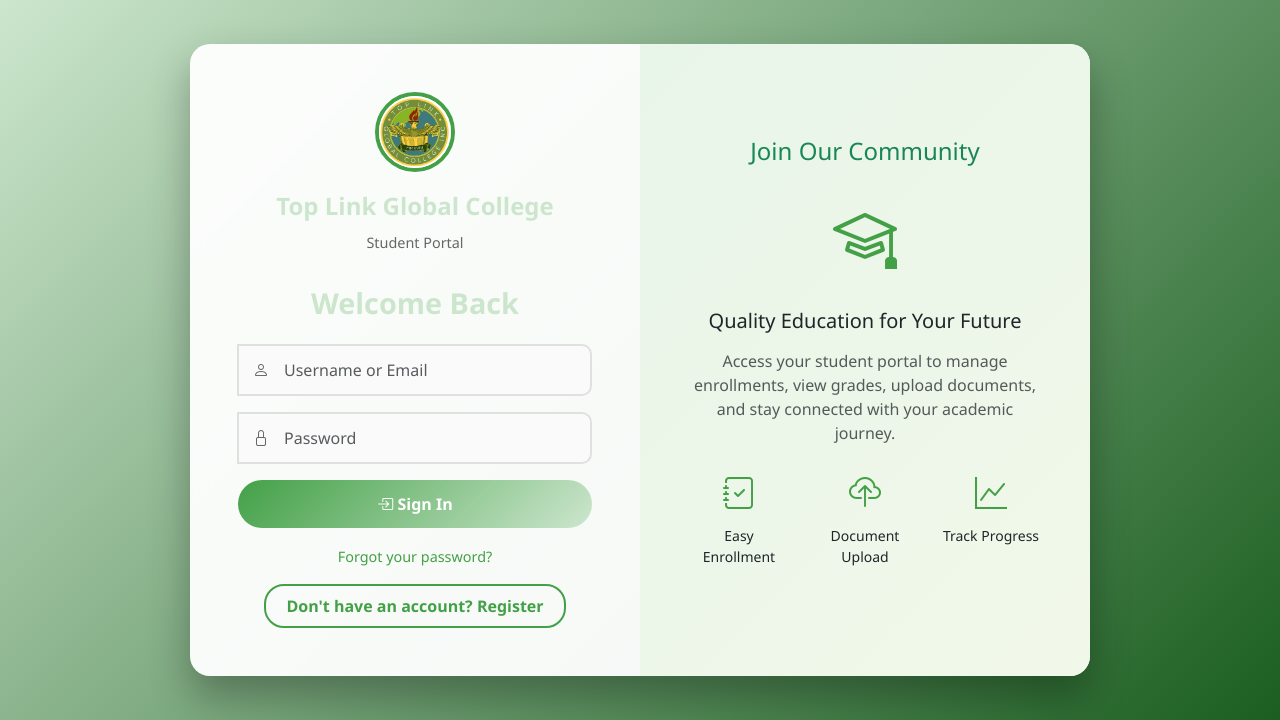
Repository: partymaker01/IT2C_Enrollment_System_SourceCode
Page: http://localhost/IT2C_Enrollment_System_SourceCode/logregfor/login.php
These files come from the project's save history. The page is drawn as it stood at one moment and after the next save; the edit follows.
The browser window is 1280 px wide. The pictures show the whole page.
The page is run by PHP 8.4 with error messages shown; the project is at /var/www/html/.

Above is the page before, as saved 2025-06-08 22:56:44.

### logregfor/login.php
<?php
session_start();

// Redirect if already logged in
if (isset($_SESSION['student_id'])) {
    header("Location: ../student/student-dashboard.php");
    exit;
}

require_once '../db.php';

$message = '';
$messageType = '';

// Handle Registration
if ($_SERVER['REQUEST_METHOD'] === 'POST' && ($_POST['form_action'] ?? '') === 'register') {
    $username = trim($_POST['username'] ?? '');
    $firstName = trim($_POST['first_name'] ?? '');
    $middleName = trim($_POST['middle_name'] ?? '');
    $lastName = trim($_POST['last_name'] ?? '');
    $email = trim($_POST['email'] ?? '');
    $password = $_POST['password'] ?? '';
    $confirmPassword = $_POST['confirm_password'] ?? '';

    $errors = [];

    // Validation
    if (empty($username)) $errors[] = "Username is required.";
    if (empty($firstName)) $errors[] = "First name is required.";
    if (empty($lastName)) $errors[] = "Last name is required.";
    if (empty($email) || !filter_var($email, FILTER_VALIDATE_EMAIL)) $errors[] = "Valid email is required.";
    if (empty($password)) $errors[] = "Password is required.";
    if (strlen($password) < 6) $errors[] = "Password must be at least 6 characters long.";
    if ($password !== $confirmPassword) $errors[] = "Passwords do not match.";

    // Check if username or email already exists
    if (empty($errors)) {
        $stmt = $pdo->prepare("SELECT student_id FROM students WHERE username = ? OR email = ?");
        $stmt->execute([$username, $email]);
        if ($stmt->fetch()) {
            $errors[] = "Username or email already exists.";
        }
    }

    if (empty($errors)) {
        try {
            $hashedPassword = password_hash($password, PASSWORD_DEFAULT);
            $stmt = $pdo->prepare("INSERT INTO students (username, first_name, middle_name, last_name, email, password) VALUES (?, ?, ?, ?, ?, ?)");
            $stmt->execute([$username, $firstName, $middleName, $lastName, $email, $hashedPassword]);

            $message = "Registration successful! You can now log in.";
            $messageType = "success";
        } catch (PDOException $e) {
            $errors[] = "Registration failed. Please try again.";
        }
    }

    if (!empty($errors)) {
        $message = implode('<br>', $errors);
        $messageType = "danger";
    }
}

// Handle Login
if ($_SERVER['REQUEST_METHOD'] === 'POST' && ($_POST['form_action'] ?? '') === 'login') {
    $username = trim($_POST['username'] ?? '');
    $password = $_POST['password'] ?? '';

    if (empty($username) || empty($password)) {
        $message = "Please enter both username and password.";
        $messageType = "warning";
    } else {
        try {
            $stmt = $pdo->prepare("SELECT student_id, password, first_name FROM students WHERE username = ? OR email = ?");
            $stmt->execute([$username, $username]);
            $user = $stmt->fetch();

            if ($user && password_verify($password, $user['password'])) {
                $_SESSION['student_id'] = $user['student_id'];
                $_SESSION['student_name'] = $user['first_name'];
                $_SESSION['login_time'] = time();

                header("Location: ../student/student-dashboard.php");
                exit;
            } else {
                $message = "Invalid username/email or password.";
                $messageType = "danger";
            }
        } catch (PDOException $e) {
            $message = "Login failed. Please try again.";
            $messageType = "danger";
        }
    }
}
?>

<!DOCTYPE html>
<html lang="en">
<head>
    <meta charset="UTF-8">
    <meta name="viewport" content="width=device-width, initial-scale=1">
    <title>Student Portal - Top Link Global College</title>
    <link href="https://cdn.jsdelivr.net/npm/bootstrap@5.3.2/dist/css/bootstrap.min.css" rel="stylesheet">
    <link href="https://cdn.jsdelivr.net/npm/bootstrap-icons@1.11.0/font/bootstrap-icons.css" rel="stylesheet">
    <link rel="icon" href="../picture/tlgc_pic.jpg" type="image/x-icon">
    <style>
        :root {
            --primary-green:rgb(204, 230, 205);
            --light-green: #e8f5e9;
            --accent-green: #43a047;
            --hover-green: #c8e6c9;
            --dark-green: #1b5e20;
        }

        body {
            background: linear-gradient(135deg, var(--primary-green) 0%, var(--dark-green) 100%);
            min-height: 100vh;
            font-family: 'Segoe UI', Tahoma, Geneva, Verdana, sans-serif;
            display: flex;
            align-items: center;
            justify-content: center;
        }

        .login-container {
            background: rgba(255, 255, 255, 0.95);
            backdrop-filter: blur(10px);
            border-radius: 20px;
            box-shadow: 0 20px 40px rgba(0, 0, 0, 0.3);
            overflow: hidden;
            width: 100%;
            max-width: 900px;
            min-height: 600px;
            display: flex;
        }

        .login-form-section {
            flex: 1;
            padding: 3rem;
            display: flex;
            flex-direction: column;
            justify-content: center;
        }

        .register-form-section {
            flex: 1;
            padding: 3rem;
            display: flex;
            flex-direction: column;
            justify-content: center;
            background: linear-gradient(135deg, var(--light-green) 0%, #f1f8e9 100%);
        }

        .school-header {
            text-align: center;
            margin-bottom: 2rem;
        }

        .school-logo {
            width: 80px;
            height: 80px;
            object-fit: cover;
            border-radius: 50%;
            border: 4px solid var(--accent-green);
            margin-bottom: 1rem;
        }

        .school-name {
            color: var(--primary-green);
            font-weight: 700;
            font-size: 1.5rem;
            margin-bottom: 0.5rem;
        }

        .school-subtitle {
            color: #666;
            font-size: 0.9rem;
        }

        .form-title {
            color: var(--primary-green);
            font-weight: 700;
            font-size: 1.8rem;
            margin-bottom: 1.5rem;
            text-align: center;
        }

        .form-control {
            border: 2px solid #e0e0e0;
            border-radius: 10px;
            padding: 12px 15px;
            transition: all 0.3s ease;
            background-color: #fafafa;
        }

        .form-control:focus {
            border-color: var(--accent-green);
            box-shadow: 0 0 0 0.25rem rgba(67, 160, 71, 0.25);
            background-color: #fff;
        }

        .btn-login {
            background: linear-gradient(135deg, var(--accent-green) 0%, var(--primary-green) 100%);
            border: none;
            color: white;
            font-weight: 600;
            padding: 12px 30px;
            border-radius: 25px;
            transition: all 0.3s ease;
            width: 100%;
        }

        .btn-login:hover {
            transform: translateY(-2px);
            box-shadow: 0 8px 20px rgba(67, 160, 71, 0.4);
            color: white;
        }

        .btn-toggle {
            background: transparent;
            border: 2px solid var(--accent-green);
            color: var(--accent-green);
            font-weight: 600;
            padding: 8px 20px;
            border-radius: 20px;
            transition: all 0.3s ease;
            margin-top: 1rem;
        }

        .btn-toggle:hover {
            background: var(--accent-green);
            color: white;
        }

        .form-section {
            display: none;
        }

        .form-section.active {
            display: block;
        }

        .input-group {
            position: relative;
            margin-bottom: 1rem;
        }

        .input-group i {
            position: absolute;
            left: 15px;
            top: 50%;
            transform: translateY(-50%);
            color: #666;
            z-index: 10;
        }

        .input-group .form-control {
            padding-left: 45px;
        }

        .forgot-password {
            text-align: center;
            margin-top: 1rem;
        }

        .forgot-password a {
            color: var(--accent-green);
            text-decoration: none;
            font-size: 0.9rem;
        }

        .forgot-password a:hover {
            text-decoration: underline;
        }

        @media (max-width: 768px) {
            .login-container {
                flex-direction: column;
                margin: 1rem;
                min-height: auto;
            }

            .login-form-section,
            .register-form-section {
                padding: 2rem;
            }
        }
    </style>
</head>
<body>
    <div class="login-container">
        <!-- Login Section -->
        <div class="login-form-section">
            <div class="school-header">
                <img src="../picture/tlgc_pic.jpg" alt="School Logo" class="school-logo">
                <div class="school-name">Top Link Global College</div>
                <div class="school-subtitle">Student Portal</div>
            </div>

            <?php if ($message): ?>
                <div class="alert alert-<?= $messageType ?> alert-dismissible fade show" role="alert">
                    <?= $message ?>
                    <button type="button" class="btn-close" data-bs-dismiss="alert"></button>
                </div>
            <?php endif; ?>

            <!-- Login Form -->
            <div class="form-section active" id="loginForm">
                <h3 class="form-title">Welcome Back</h3>
                <form method="POST" action="">
                    <input type="hidden" name="form_action" value="login">

                    <div class="input-group">
                        <i class="bi bi-person"></i>
                        <input type="text" class="form-control" name="username" placeholder="Username or Email" required>
                    </div>

                    <div class="input-group">
                        <i class="bi bi-lock"></i>
                        <input type="password" class="form-control" name="password" placeholder="Password" required>
                    </div>

                    <button type="submit" class="btn-login">
                        <i class="bi bi-box-arrow-in-right"></i> Sign In
                    </button>
                </form>

                <div class="forgot-password">
                    <a href="forgot-password.php">Forgot your password?</a>
                </div>

                <div class="text-center">
                    <button type="button" class="btn-toggle" onclick="toggleForm()">
                        Don't have an account? Register
                    </button>
                </div>
            </div>

            <!-- Register Form -->
            <div class="form-section" id="registerForm">
                <h3 class="form-title">Create Account</h3>
                <form method="POST" action="">
                    <input type="hidden" name="form_action" value="register">

                    <div class="row">
                        <div class="col-md-6">
                            <div class="input-group">
                                <i class="bi bi-person"></i>
                                <input type="text" class="form-control" name="username" placeholder="Username" required>
                            </div>
                        </div>
                        <div class="col-md-6">
                            <div class="input-group">
                                <i class="bi bi-envelope"></i>
                                <input type="email" class="form-control" name="email" placeholder="Email" required>
                            </div>
                        </div>
                    </div>

                    <div class="row">
                        <div class="col-md-4">
                            <div class="input-group">
                                <i class="bi bi-person-badge"></i>
                                <input type="text" class="form-control" name="first_name" placeholder="First Name" required>
                            </div>
                        </div>
                        <div class="col-md-4">
                            <div class="input-group">
                                <i class="bi bi-person-badge"></i>
                                <input type="text" class="form-control" name="middle_name" placeholder="Middle Name">
                            </div>
                        </div>
                        <div class="col-md-4">
                            <div class="input-group">
                                <i class="bi bi-person-badge"></i>
                                <input type="text" class="form-control" name="last_name" placeholder="Last Name" required>
                            </div>
                        </div>
                    </div>

                    <div class="row">
                        <div class="col-md-6">
                            <div class="input-group">
                                <i class="bi bi-lock"></i>
                                <input type="password" class="form-control" name="password" placeholder="Password" required>
                            </div>
                        </div>
                        <div class="col-md-6">
                            <div class="input-group">
                                <i class="bi bi-lock-fill"></i>
                                <input type="password" class="form-control" name="confirm_password" placeholder="Confirm Password" required>
                            </div>
                        </div>
                    </div>

                    <button type="submit" class="btn-login">
                        <i class="bi bi-person-plus"></i> Create Account
                    </button>
                </form>

                <div class="text-center">
                    <button type="button" class="btn-toggle" onclick="toggleForm()">
                        Already have an account? Sign In
                    </button>
                </div>
            </div>
        </div>

        <!-- Info Section -->
        <div class="register-form-section">
            <div class="text-center">
                <h4 class="text-success mb-4">Join Our Community</h4>
                <div class="mb-4">
                    <i class="bi bi-mortarboard" style="font-size: 4rem; color: var(--accent-green);"></i>
                </div>
                <h5 class="mb-3">Quality Education for Your Future</h5>
                <p class="text-muted mb-4">
                    Access your student portal to manage enrollments, view grades,
                    upload documents, and stay connected with your academic journey.
                </p>
                <div class="row text-center">
                    <div class="col-4">
                        <i class="bi bi-journal-check" style="font-size: 2rem; color: var(--accent-green);"></i>
                        <p class="small mt-2">Easy Enrollment</p>
                    </div>
                    <div class="col-4">
                        <i class="bi bi-cloud-upload" style="font-size: 2rem; color: var(--accent-green);"></i>
                        <p class="small mt-2">Document Upload</p>
                    </div>
                    <div class="col-4">
                        <i class="bi bi-graph-up" style="font-size: 2rem; color: var(--accent-green);"></i>
                        <p class="small mt-2">Track Progress</p>
                    </div>
                </div>
            </div>
        </div>
    </div>

    <script src="https://cdn.jsdelivr.net/npm/bootstrap@5.3.2/dist/js/bootstrap.bundle.min.js"></script>
    <script>
        function toggleForm() {
            const loginForm = document.getElementById('loginForm');
            const registerForm = document.getElementById('registerForm');

            if (loginForm.classList.contains('active')) {
                loginForm.classList.remove('active');
                registerForm.classList.add('active');
            } else {
                registerForm.classList.remove('active');
                loginForm.classList.add('active');
            }
        }

        // Form validation
        document.querySelectorAll('form').forEach(form => {
            form.addEventListener('submit', function(e) {
                const passwords = this.querySelectorAll('input[type="password"]');
                if (passwords.length === 2) {
                    if (passwords[0].value !== passwords[1].value) {
                        e.preventDefault();
                        alert('Passwords do not match!');
                        return false;
                    }
                    if (passwords[0].value.length < 6) {
                        e.preventDefault();
                        alert('Password must be at least 6 characters long!');
                        return false;
                    }
                }
            });
        });
    </script>
</body>
</html>

### db.php
<?php
$servername = "localhost";
$username = "root";
$password = "";
$database = "enrollment_system";

// Create connection
$conn = new mysqli($servername, $username, $password, $database);

// Check connection
if ($conn->connect_error) {
    die("Connection failed: " . $conn->connect_error);
}
?>

After the next save:
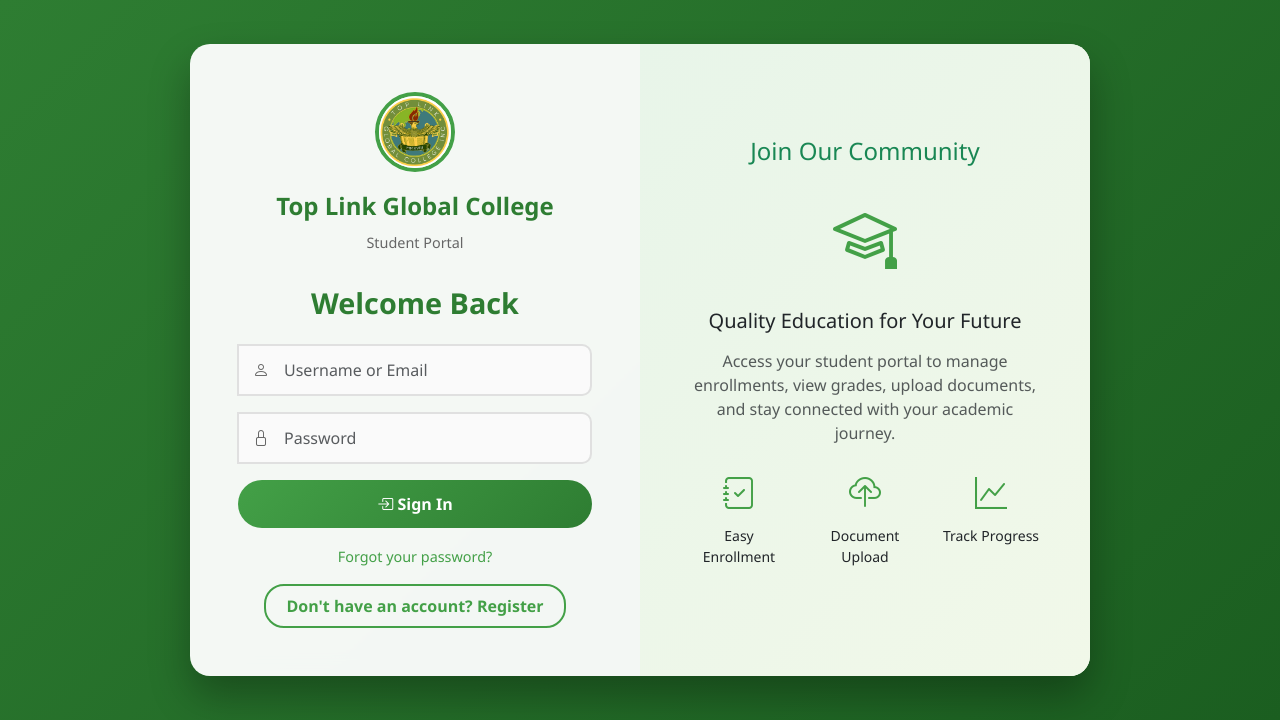
Saved 4 s later.
--- a/logregfor/login.php
+++ b/logregfor/login.php
@@ -105,7 +105,7 @@
     <link rel="icon" href="../picture/tlgc_pic.jpg" type="image/x-icon">
     <style>
         :root {
-            --primary-green:rgb(204, 230, 205);
+            --primary-green: #2e7d32;
             --light-green: #e8f5e9;
             --accent-green: #43a047;
             --hover-green: #c8e6c9;
